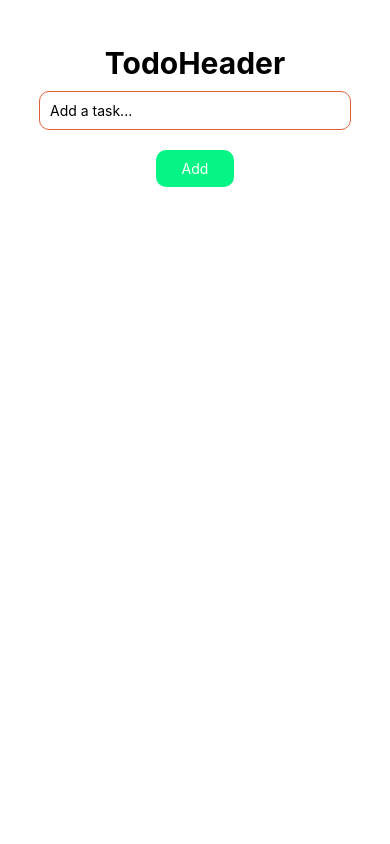
Repository: itadori17/Redux-Todo
Screen: /
These files come from the project's save history. The screen is drawn as it stood at one moment and after the next save; the edit follows.
The app was drawn by React Native's web renderer in a window 390 px wide. The project was rebuilt for these pictures with package versions that can differ from the ones it lists, and the page was loaded fresh each time.

Above is the screen before, as saved 2022-08-16 16:31:36.

After the next save:
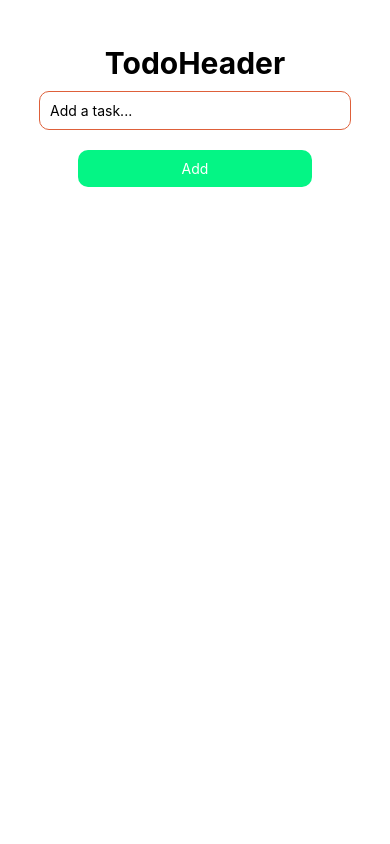
Saved 68 s later.
--- a/src/components/TodoHeader.js
+++ b/src/components/TodoHeader.js
@@ -40,7 +40,7 @@ const TodoHeader = () => {
                     backgroundColor: '#04F585',
                     padding: 10,
                     margin: 10,
-                    width: '20%',
+                    width: '60%',
                     borderRadius: 10,
                     alignItems: 'center',
 
